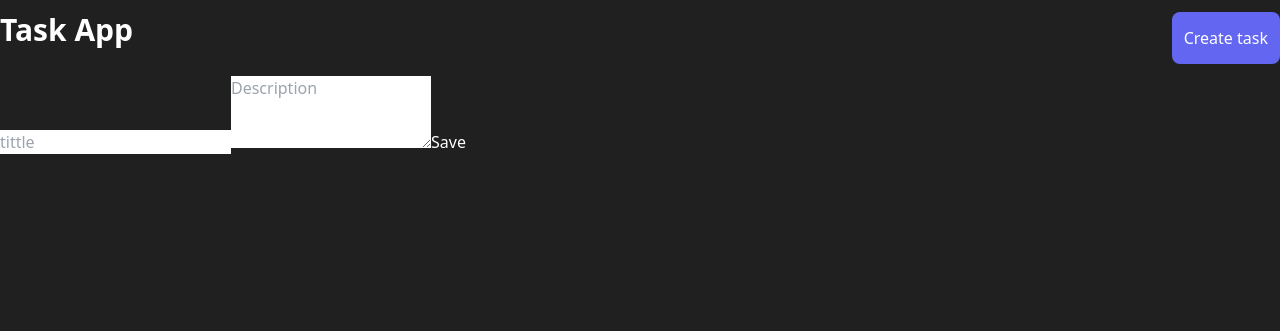
Repository: ChemsJam/django_react_api_crud
Page: /tasks-create (app in Client/)
An editor plug-in stored every save of this project. The page is shown before and after the next save, followed by the edit.
The browser window is 1280 px wide. The pictures show the whole page.
The project was rebuilt for these pictures with package versions that can differ from the ones it lists, and the page was loaded fresh each time. Also part of the build but not shown: Client/vite.config.js, Client/src/components/TaskCard.jsx, Client/src/components/TaksList.jsx, Client/src/pages/TasksPage.jsx.

Above is the page before, as saved 2024-07-03 21:54:06.

### Client/src/App.jsx
import { BrowserRouter, Navigate, Route, Routes } from 'react-router-dom'
import { TasksPage } from './pages/TasksPage'
import { TasksFormPage } from './pages/TaskFormPage'
import { Navigation } from './components/Navigation'
import { Toaster } from 'react-hot-toast'

function App() {
  return (
    <BrowserRouter>
    <div className='container mx-auto'>
    <Navigation />
      <Routes>
        <Route path='/' element={<Navigate to="/tasks" />} />
        <Route path='/tasks' element={<TasksPage />} />
        <Route path='/tasks-create' element={<TasksFormPage />} />
        <Route path='/tasks/:id' element={<TasksFormPage />} />

      </Routes>
      <Toaster />
    </div>
    </BrowserRouter>
  )
}

export default App

### Client/src/index.css
@tailwind base;
@tailwind components;
@tailwind utilities;

body {
  background: #202020;
  color: #FFFFFF;
}

### Client/src/pages/TaskFormPage.jsx
import { useEffect } from 'react';
import { useForm } from 'react-hook-form'
import { createTask, deleteTask, updateTask, getTask} from '../api/tasks.api'
import { useNavigate, useParams } from 'react-router-dom'
import { toast } from 'react-hot-toast'

export function TasksFormPage() {

    const {
        register,
        handleSubmit,
        formState: { errors },
        setValue
    } = useForm();

    const navigate = useNavigate();
    const params = useParams();

    const onSubmit = handleSubmit(async data => {
        if(params.id){
            await updateTask(params.id, data)
            toast.success('¡La tarea se actualizo exitosamente!', {
                position: "bottom-center",
                style: {
                    background: "#ffffff",
                    color: "#000000",
                    border: "3px solid rgb(141,182,0)"
                }
            })
        }else{
            await createTask(data);
            toast.success('¡Tarea creada exitosamente!', {
                position: "bottom-center",
                style: {
                    background: "#ffffff",
                    color: "#000000",
                    border: "3px solid rgb(141,182,0)"
                }
            })

        }
        navigate("/tasks");
    })

    useEffect(() => {
        async function loadTask() {
            if(params.id){
                const {data: {tittle, description}} = await getTask(params.id);
                setValue('tittle', tittle)
                setValue('description', description)
            }
        }
        loadTask();
    }, []);


    return (
        <div>
            <form onSubmit={onSubmit}>
                <input type="text" placeholder="tittle"
                    {...register("tittle", { required: true })}
                />
                {errors.tittle && <span>This field is required</span>}
                <textarea rows="3"
                    placeholder="Description"
                    {...register("description", { required: true })}
                ></textarea>
                {errors.description && <span>Description is required</span>}
                <button>Save</button>
            </form>
            {params.id && (
                <button
                    onClick={ async () => {
                        const accepted = window.confirm('are you sure?');
                        if (accepted) {
                            await deleteTask(params.id);
                            toast.success('¡La tarea fue eliminada exitosamente!', {
                                position: "bottom-center",
                                style: {
                                    background: "#ffffff",
                                    color: "#000000",
                                    border: "3px solid rgb(255,127,127)"
                                }
                            })
                            navigate("/tasks");
                        }
                    }}
                    >
                        Delete
                    </button>
                )}
        </div>
    );
}

### Client/src/components/Navigation.jsx
import { Link } from "react-router-dom"

export function Navigation() {
  return (
    <div className="flex justify-between py-3">
      <Link to="/tasks">
        <h1 className="font-bold text-3xl mb-4">
          Task App
        </h1>
      </Link>
      <button className="bg-indigo-500 px-3 py-1 rounded-lg">
        <Link to="/tasks-create">
          Create task
        </Link>
      </button>
    </div>
  )
}

### Client/src/api/tasks.api.js
import axios from 'axios'

const taskApi = axios.create({
    baseURL: 'http://localhost:8000/tasks/api/v1/tasks/'
})

export const getAllTaks = () => taskApi.get('/');

export const getTask = (id) => taskApi.get(`/${id}/`)

export const createTask = (task) => taskApi.post('/', task);

export const deleteTask = (id) => taskApi.delete(`/${id}`)

export const updateTask = (id, task) => taskApi.put(`/${id}/`, task)

### Client/tailwind.config.js
/** @type {import('tailwindcss').Config} */
export default {
  content: [
    "./index.html", "./src/**/*.{js,ts,jsx,tsx}"
  ],
  theme: {
    extend: {},
  },
  plugins: [],
}

Loaded but not shown: Client/index.html (common file); Client/src/main.jsx (common file)

After the next save:
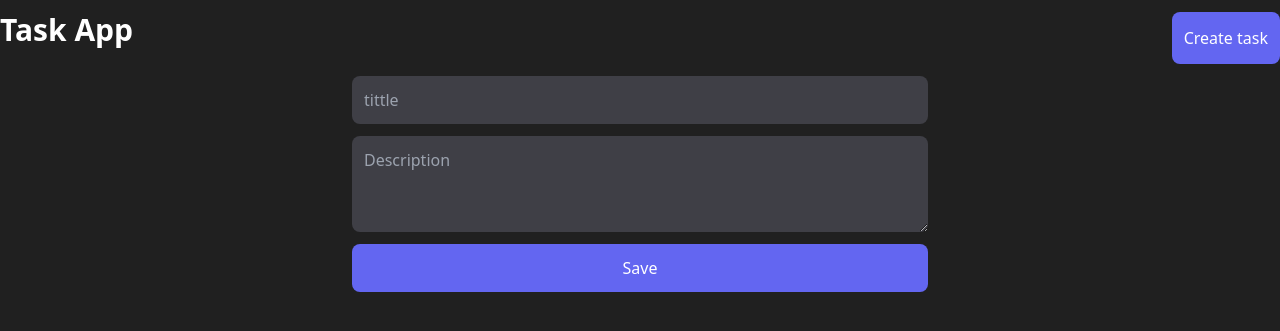
Saved 2 min 11 s later.
--- a/Client/src/pages/TaskFormPage.jsx
+++ b/Client/src/pages/TaskFormPage.jsx
@@ -55,18 +55,22 @@ export function TasksFormPage() {
 
 
     return (
-        <div>
+        <div className='max-w-xl mx-auto'>
             <form onSubmit={onSubmit}>
                 <input type="text" placeholder="tittle"
                     {...register("tittle", { required: true })}
+                    className='bg-zinc-700 p-3 rounded-lg block w-full mb-3'
                 />
                 {errors.tittle && <span>This field is required</span>}
                 <textarea rows="3"
                     placeholder="Description"
                     {...register("description", { required: true })}
+                      className='bg-zinc-700 p-3 rounded-lg block w-full mb-3'
                 ></textarea>
                 {errors.description && <span>Description is required</span>}
-                <button>Save</button>
+                <button
+                className='bg-indigo-500 p-3 rounded-lg block w-full mt-3'
+                >Save</button>
             </form>
             {params.id && (
                 <button
